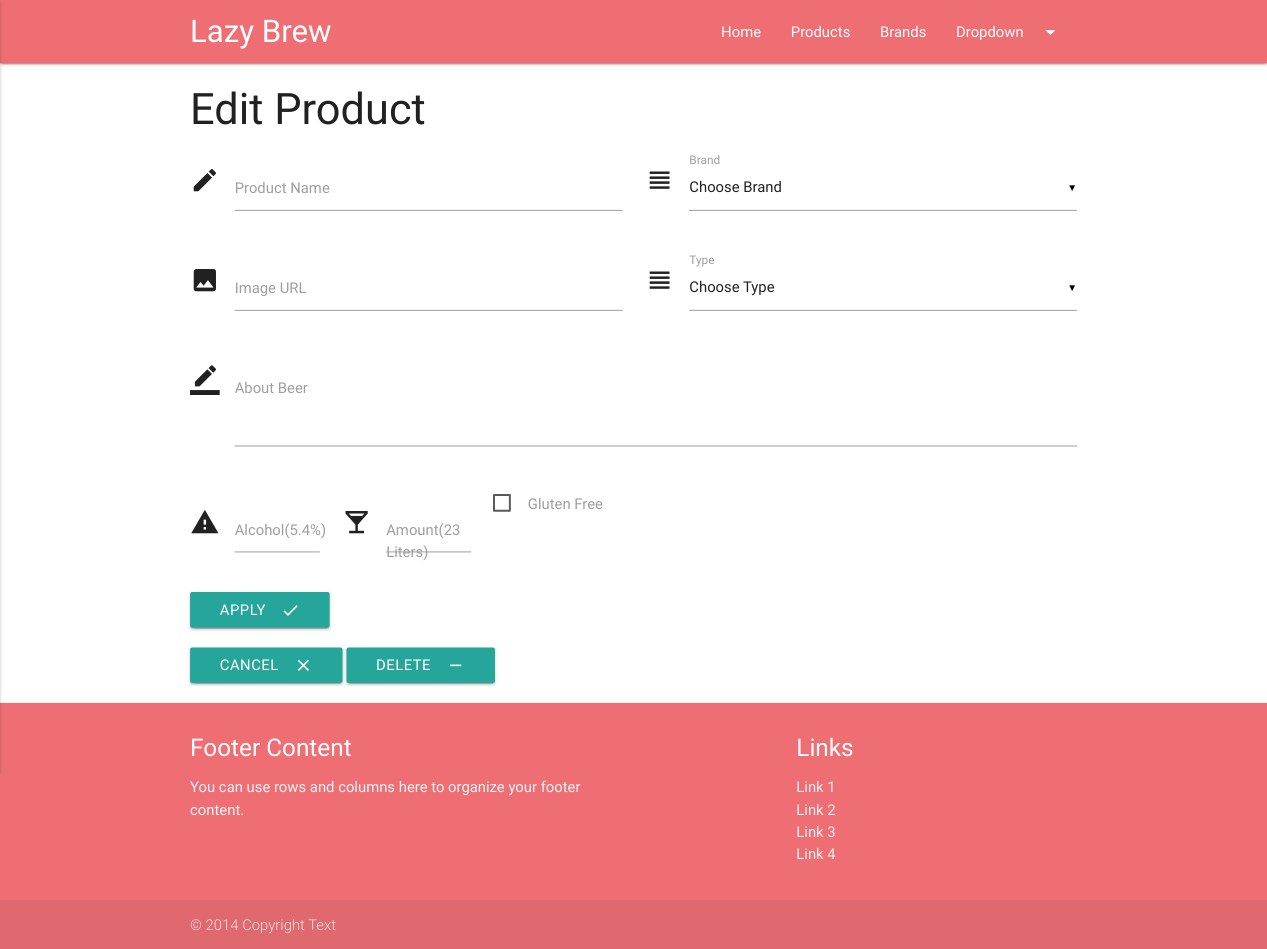
Repository: Leon2ev/lazy-brew
Page: templates/editproduct.html
The author's editor kept a record of every edit. The page is drawn from the files as they stood at one moment, then again after the next edit.
The browser window is 1280 px wide. The pictures show the whole page, at 99% of full size.
Some web libraries are served in a nearby version. The page is served by the project's application, run on Flask 3 (app.py). The template is opened directly, without the code that normally fills it, so the values that code supplies are empty.

Above is the page before.

### templates/editproduct.html
{% extends 'base.html' %}
{% block content %}
    <div class="container">
        <h3>Edit Product</h3>
        <form action="{{url_for('update_product', product_id=product._id)}}" method="POST" class="edit_product col s12">
            <div class="row">
                <div class="input-field col s12 l6">
                    <i class="material-icons prefix">create</i>
                    <input id="name" name="name" type="text" class="validate" value="{{product.name}}">
                    <label for="icon_prefix">Product Name</label>
                </div>
                <div class="input-field col s12 l6">
                    <i class="material-icons prefix">view_headline</i>
                    <select id="brand_id" name="brand_id">
                        <option value="" disabled selected>Choose Brand</option>
                        {% for brand in brands %}
                            {% if brand._id == product.brand_id %}
                                <option value={{brand._id}} selected >{{brand.name}}</option>
                            {% else %}
                                <option value="{{brand._id}}">{{brand.name}}</option>
                            {% endif %}
                        {% endfor %}
                    </select>
                    <label>Brand</label>
                </div>
            </div>
            <div class="row">
                <div class="input-field col s12 l6">
                    <i class="material-icons prefix">insert_photo</i>
                    <input id="image_url" name="image_url" type="text" class="validate" value="{{product.image_url}}">
                    <label for="icon_prefix">Image URL</label>
                </div>
                <div class="input-field col s12 l6">
                    <i class="material-icons prefix">view_headline</i>
                    <select id="type_id" name="type_id">
                        <option value="" disabled selected>Choose Type</option>
                        {% for type in types %}
                            {% if type._id == product.type_id %}
                                <option value="{{type._id}}" selected >{{type.name}}</option>
                            {% else %}
                                <option value="{{type._id}}">{{type.name}}</option>
                            {% endif %}
                        {% endfor %}
                    </select>
                    <label>Type</label>
                </div>
            </div>
            <div class="row">
                <div class="input-field col s12">
                    <i class="material-icons prefix">border_color</i>
                    <textarea id="textarea1" name="about" class="materialize-textarea">{{product.about}}</textarea>
                    <label for="icon_prefix">About Beer</label>
                </div>
            </div>
            <div class="row">
                <div class="input-field col s12 l2">
                    <i class="material-icons prefix">warning</i>
                    <input id="abv" name="abv" type="text" class="validate" value="{{product.abv}}">
                    <label for="icon_prefix">Alcohol(5.4%)</label>
                </div>
                <div class="input-field col s12 l2">
                    <i class="material-icons prefix">local_bar</i>
                    <input id="amount" name="amount" type="text" class="validate" value="{{product.amount}}">
                    <label for="icon_prefix">Amount(23 Liters)</label>
                </div>
                <div class="checkbox col s12 l2">
                    {% if product.gluten %}
                        <input type="checkbox" id="gluten" name="gluten" checked />
                    {% else %}
                        <input type="checkbox" id="gluten" name="gluten" />
                    {% endif %}
                    <label for="gluten">Gluten Free</label>
                </div>
            </div>
            <div class="row">
                <div class="col s12">
                    <button class="btn waves-effect waves-light" type="submit">Apply
                        <i class="material-icons right">check</i>
                    </button>
                </div>
            </div>
        </form>
        <div class="row">
            <div class="col s12">
                <a class="waves-effect waves-light btn modal-trigger" href="#modal1">Cancel
                    <i class="material-icons right">clear</i>
                </a>
                <a class="waves-effect waves-light btn modal-trigger" href="#modal2">Delete
                    <i class="material-icons right">remove</i>
                </a>
            </div>
            <div id="modal1" class="modal">
                <div class="modal-content">
                    <h4>Are you agree to cancel?</h4>
                    <p>All changes will be lost.</p>
                </div>
                <div class="modal-footer">
                    <a href="#!" class="modal-action modal-close waves-effect waves-green btn-flat">Go Back</a>
                    <a href="{{url_for('get_description', product_id=product._id)}}" class="modal-action modal-close waves-effect waves-green btn-flat">Agree</a>
                </div>
            </div>
            <div id="modal2" class="modal">
                <div class="modal-content">
                    <h4>Are you agree to delete {{product.name}}?</h4>
                    <p>It will be imposible to restore the data.</p>
                </div>
                <div class="modal-footer">
                    <a href="#!" class="modal-action modal-close waves-effect waves-green btn-flat">Go Back</a>
                    <a href="{{url_for('delete_product', product_id=product._id)}}" class="modal-action modal-close waves-effect waves-green btn-flat">Agree</a>
                </div>
            </div>
        </div>
    </div>
{% endblock %}

### templates/base.html
<!DOCTYPE html>
<html lang="en">
    <head>
        <meta charset="UTF-8">
        <meta name="viewport" content="width=device-width, initial-scale=1.0">
        <meta http-equiv="X-UA-Compatible" content="ie=edge">

        <title>Document</title>

        <link href="https://fonts.googleapis.com/icon?family=Material+Icons" rel="stylesheet">
        <link rel="stylesheet" href="https://cdnjs.cloudflare.com/ajax/libs/materialize/0.100.2/css/materialize.min.css">
        <link rel="stylesheet" href="{{url_for('static', filename='css/style.css')}}" type="text/css">
    </head>
    <header>
        <nav>
            <div class="container nav-wrapper">
                <a href="{{url_for('home_page')}}" class="brand-logo">Lazy Brew</a>
                <a href="#" data-activates="mobile-demo" class="button-collapse"><i class="material-icons">menu</i></a>
                <ul class="right hide-on-med-and-down">
                    <li><a href="{{url_for('home_page')}}">Home</a></li>
                    <li><a href="{{url_for('get_products')}}">Products</a></li>
                    <li><a href="{{url_for('get_brands')}}">Brands</a></li>
                    <!-- Dropdown Trigger -->
                    <li><a class="dropdown-button" href="#!" data-activates="dropdown1">Dropdown<i class="material-icons right">arrow_drop_down</i></a></li>
                    <!-- Dropdown Structure -->
                    <ul id="dropdown1" class="dropdown-content">
                        <li><a href="{{url_for('add_product')}}">Add Product</a></li>
                        <li class="divider"></li>
                        <li><a href="{{url_for('add_brand')}}">Add Brand</a></li>
                    </ul>
                </ul>
                <ul class="side-nav" id="mobile-demo">
                    <li><a href="{{url_for('home_page')}}">Home</a></li>
                    <li><a href="{{url_for('get_products')}}">Products</a></li>
                    <li><a href="{{url_for('get_brands')}}">Brands</a></li>
                    <!-- Mobile Dropdown Trigger -->
                    <li><a class="dropdown-button" href="#!" data-activates="dropdown2">Dropdown<i class="material-icons right">arrow_drop_down</i></a></li>
                    <!-- Dropdown Structure -->
                    <ul id="dropdown2" class="dropdown-content">
                        <li><a href="{{url_for('add_product')}}">Add Product</a></li>
                        <li class="divider"></li>
                        <li><a href="{{url_for('add_brand')}}">Add Brand</a></li>
                    </ul>
                </ul>
            </div>
        </nav>
    </header>
    <body>
        {% block content %}{% endblock %}
        <script src="https://cdnjs.cloudflare.com/ajax/libs/jquery/3.2.1/jquery.min.js"></script>
        <script src="https://cdnjs.cloudflare.com/ajax/libs/materialize/0.100.2/js/materialize.min.js"></script>
        <script type="text/javascript">
            $(document).ready(function() {
                $('select').material_select();
                $(".button-collapse").sideNav();
                $(".dropdown-button").dropdown({
                    belowOrigin: true
                    }
                );
                $('.modal').modal();
            });
        </script>
    </body>
    <footer class="page-footer">
        <div class="container">
            <div class="row">
                <div class="col l6 s12">
                    <h5 class="white-text">Footer Content</h5>
                    <p class="grey-text text-lighten-4">You can use rows and columns here to organize your footer content.</p>
                </div>
                <div class="col l4 offset-l2 s12">
                    <h5 class="white-text">Links</h5>
                    <ul>
                        <li><a class="grey-text text-lighten-3" href="#!">Link 1</a></li>
                        <li><a class="grey-text text-lighten-3" href="#!">Link 2</a></li>
                        <li><a class="grey-text text-lighten-3" href="#!">Link 3</a></li>
                        <li><a class="grey-text text-lighten-3" href="#!">Link 4</a></li>
                    </ul>
                </div>
            </div>
        </div>
        <div class="footer-copyright">
            <div class="container">
                © 2014 Copyright Text
            </div>
        </div>
    </footer>
</html>

### app.py
import os
from flask import Flask, render_template, redirect, request, url_for
from flask_pymongo import PyMongo
from bson.objectid import ObjectId

app = Flask(__name__)

# Connection to MongoDB

app.config["MONGO_DBNAME"] = 'beer_brewing'
app.config["MONGO_URI"] = os.getenv('MONGO_URI', 'mongodb://localhost')

mongo = PyMongo(app)

# App routes ------------------------------------------------------------

@app.route('/')

# Home page

@app.route('/home_page')
def home_page():
    return render_template("index.html",
    types=mongo.db.types.find())
# Product Routes
# Product selection

@app.route('/get_products')
def get_products():
    return render_template("products.html",
    products=mongo.db.products.find())

# Single product description

@app.route('/get_description/<product_id>')
def get_description(product_id):
    return render_template("description.html",
    product=mongo.db.products.find_one({"_id": ObjectId(product_id)}))

# Add product

@app.route('/add_product')
def add_product():
    return render_template("addproduct.html",
    brands=mongo.db.brands.find(),
    types=mongo.db.types.find())

# Proceed inserted data to mongo

@app.route('/insert_product', methods=["POST"])
def insert_product():
    products=mongo.db.products
    brand_id = request.form.get('brand_id')
    type_id = request.form.get('type_id')
    dictionary = {
        'name': request.form.get('name'),
        'brand_id': ObjectId(brand_id),
        'image_url': request.form.get('image_url'),
        'type_id': ObjectId(type_id),
        'about': request.form.get('about'),
        'abv': request.form.get('abv'),
        'amount': request.form.get('amount'),
        'gluten': request.form.get('gluten')
    }

    products.insert_one(dictionary)
    return redirect(url_for('get_products'))

# Edit product

@app.route('/edit_product/<product_id>')
def edit_product(product_id):
    return render_template("editproduct.html",
    product=mongo.db.products.find_one({"_id": ObjectId(product_id)}),
    brands=mongo.db.brands.find(),
    types=mongo.db.types.find())

# Update product

@app.route('/update_product/<product_id>', methods=["POST"])
def update_product(product_id):
    products=mongo.db.products
    brand_id = request.form.get('brand_id')
    type_id = request.form.get('type_id')
    products.update({'_id': ObjectId(product_id)},
    {
        'name': request.form.get('name'),
        'brand_id': ObjectId(brand_id),
        'image_url': request.form.get('image_url'),
        'type_id': ObjectId(type_id),
        'about': request.form.get('about'),
        'abv': request.form.get('abv'),
        'amount': request.form.get('amount'),
        'gluten': request.form.get('gluten')
    })
    return redirect(url_for('get_products'))

# Delete product

@app.route('/delete_product/<product_id>')
def delete_product(product_id):
    mongo.db.products.remove({'_id': ObjectId(product_id)})
    return redirect(url_for('get_products'))

# Brand Routes
# Add Brand

@app.route('/get_brands')
def get_brands():
    return render_template("brands.html",
    brands=mongo.db.brands.find())

@app.route('/add_brand')
def add_brand():
    return render_template("addbrand.html")

# Proceed inserted data to mongo

@app.route('/insert_brand', methods=["POST"])
def insert_brand():
    brands=mongo.db.brands
    brands.insert_one(request.form.to_dict())
    return redirect(url_for('get_brands'))

# Edit brand

@app.route('/edit_brand/<brand_id>')
def edit_brand(brand_id):
    return render_template("editbrand.html",
    brand=mongo.db.brands.find_one({"_id": ObjectId(brand_id)}))

# Update brand

@app.route('/update_brand/<brand_id>', methods=["POST"])
def update_brand(brand_id):
    brands=mongo.db.brands
    brands.update({'_id': ObjectId(brand_id)},
    {
        'name': request.form.get('name'),
        'country': request.form.get('country'),
        'website_URL': request.form.get('website_URL'),
        'instruction_URL': request.form.get('instruction_URL'),
    })
    return redirect(url_for('get_brands'))

# Delete brand

@app.route('/delete_brand/<brand_id>')
def delete_brand(brand_id):
    mongo.db.brands.remove({'_id': ObjectId(brand_id)})
    return redirect(url_for('get_brands'))

if __name__ == "__main__":
    app.run(host=os.environ.get('IP'),
        port=int(os.environ.get('PORT')),
        debug=True)

Loaded but not shown: static/css/style.css (no copy from this time; the picture is the same without it)

After the next edit:
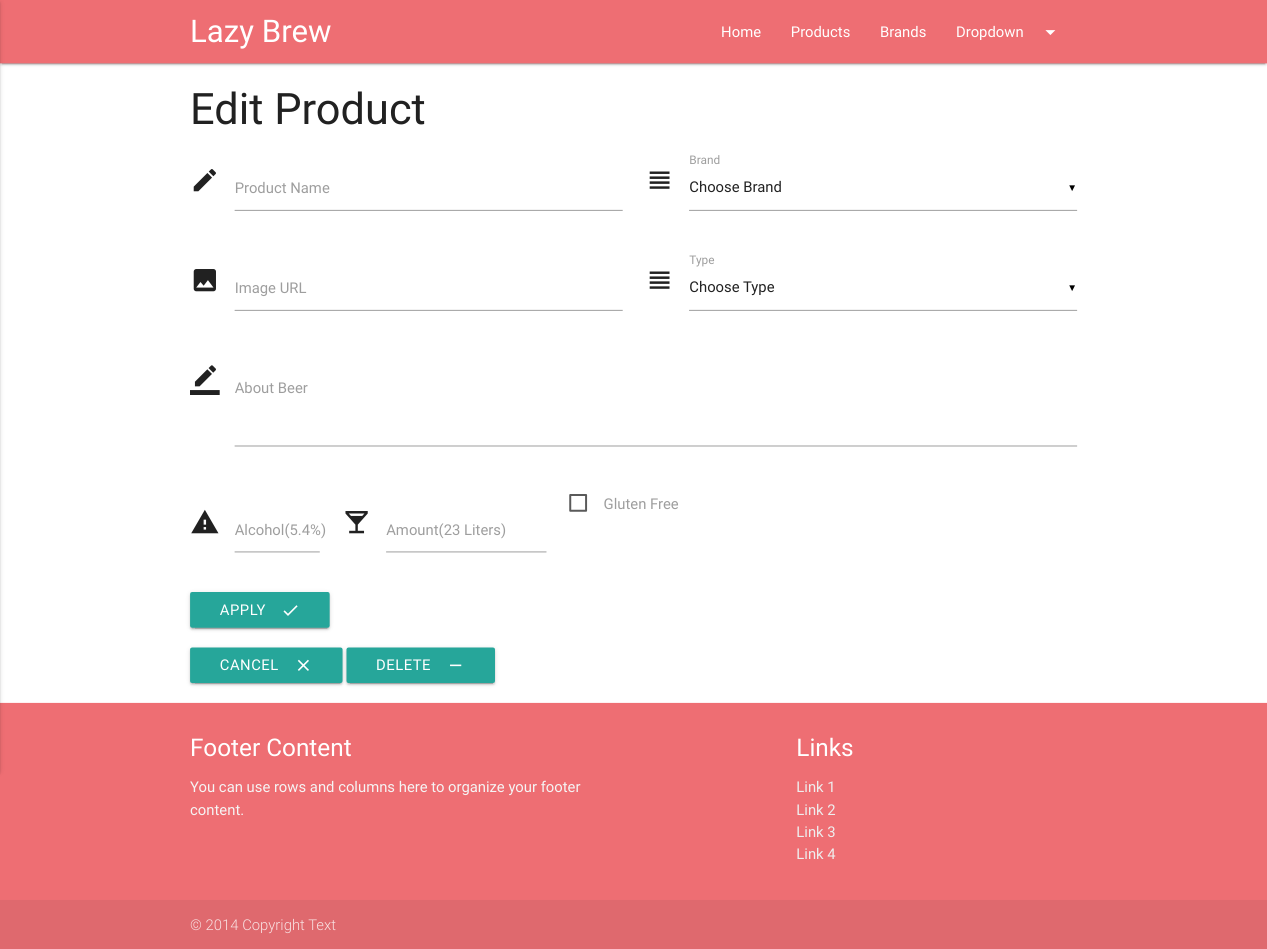
The edit:
--- a/templates/editproduct.html
+++ b/templates/editproduct.html
@@ -58,7 +58,7 @@
                     <input id="abv" name="abv" type="text" class="validate" value="{{product.abv}}">
                     <label for="icon_prefix">Alcohol(5.4%)</label>
                 </div>
-                <div class="input-field col s12 l2">
+                <div class="input-field col s12 l3">
                     <i class="material-icons prefix">local_bar</i>
                     <input id="amount" name="amount" type="text" class="validate" value="{{product.amount}}">
                     <label for="icon_prefix">Amount(23 Liters)</label>
